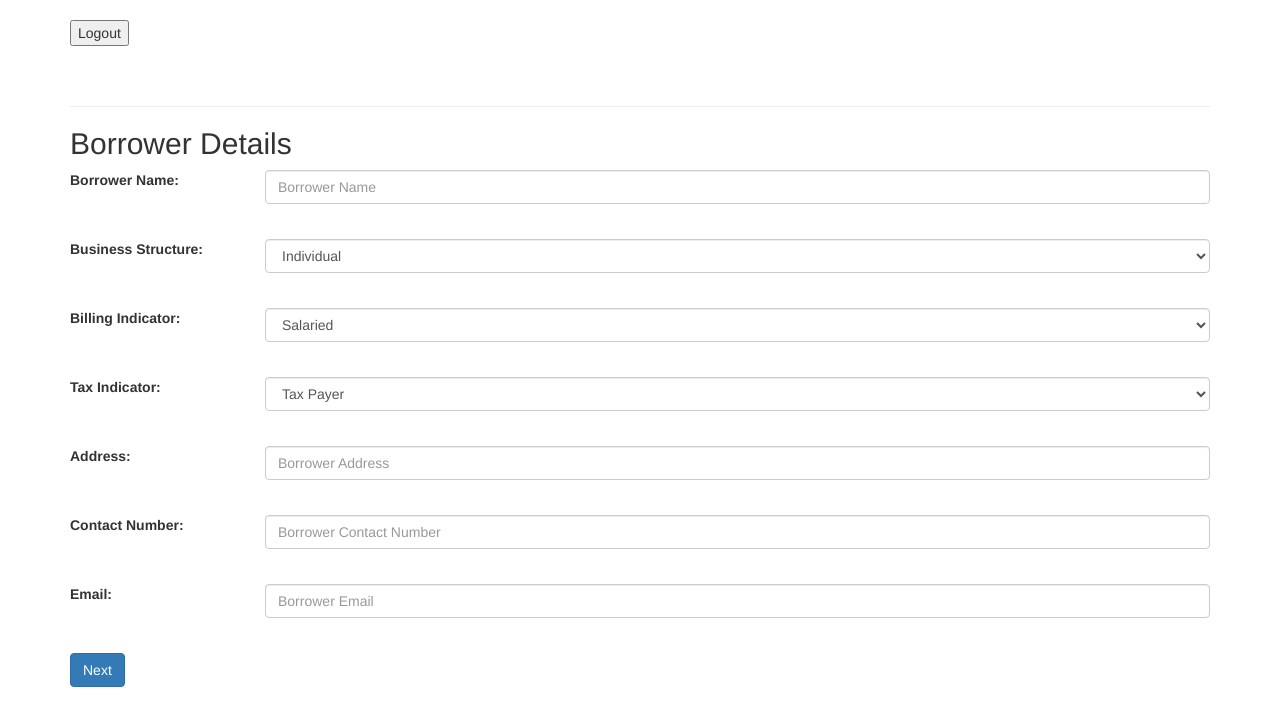
Repository: Bayvao/E-Loan-Project
Page: http://localhost/E-Loan-Project/WEB-INF/views/borrower-details-form.jsp
An editor plug-in stored every save of this project. The page is shown before and after the next save, followed by the edit.
The browser window is 1280 px wide. The pictures show the whole page.
The page is served by Tomcat 9. Nobody is signed in. The template is opened directly, without the code that normally fills it, so the values that code supplies are empty.

Above is the page before, as saved 2020-07-20 14:03:01.

After the next save:
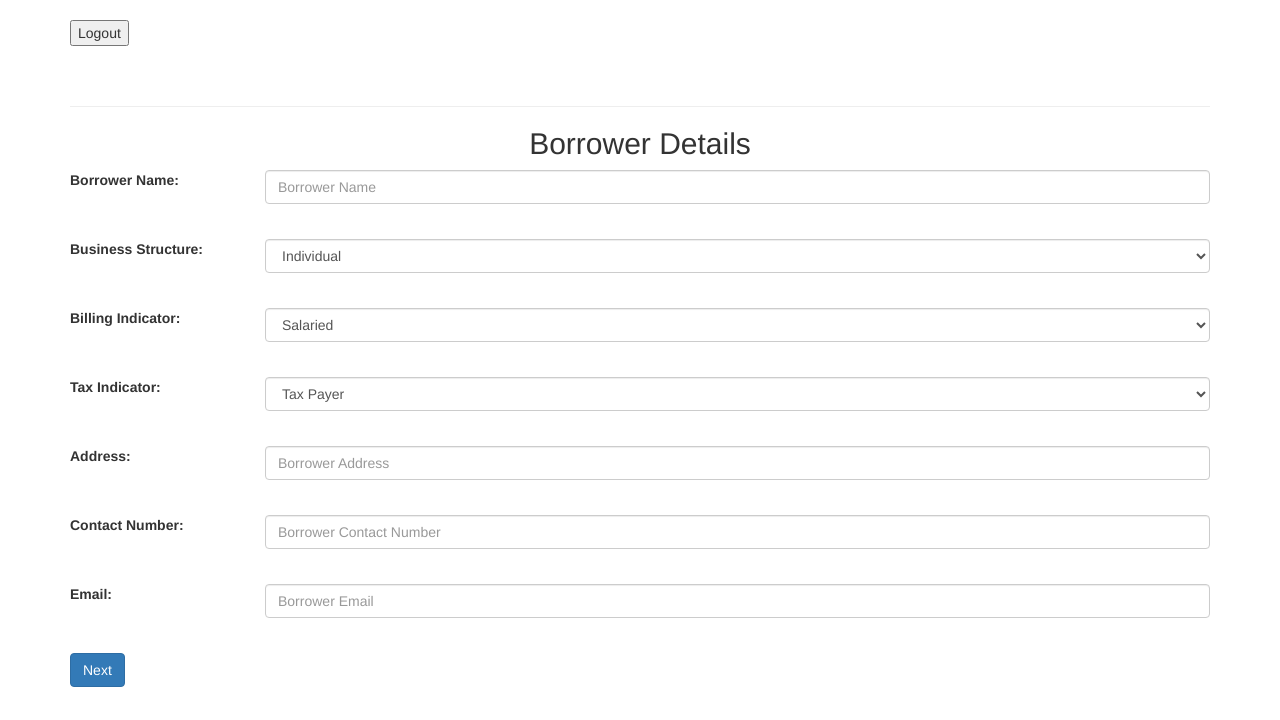
Saved 6 min 40 s later.
--- a/E-Loan-Project/src/main/webapp/WEB-INF/views/borrower-details-form.jsp
+++ b/E-Loan-Project/src/main/webapp/WEB-INF/views/borrower-details-form.jsp
@@ -19,6 +19,9 @@
 <style>
 .error {
 	color: red;
+}
+h2 {
+text-align: center;
 }
 </style>
 </head>
